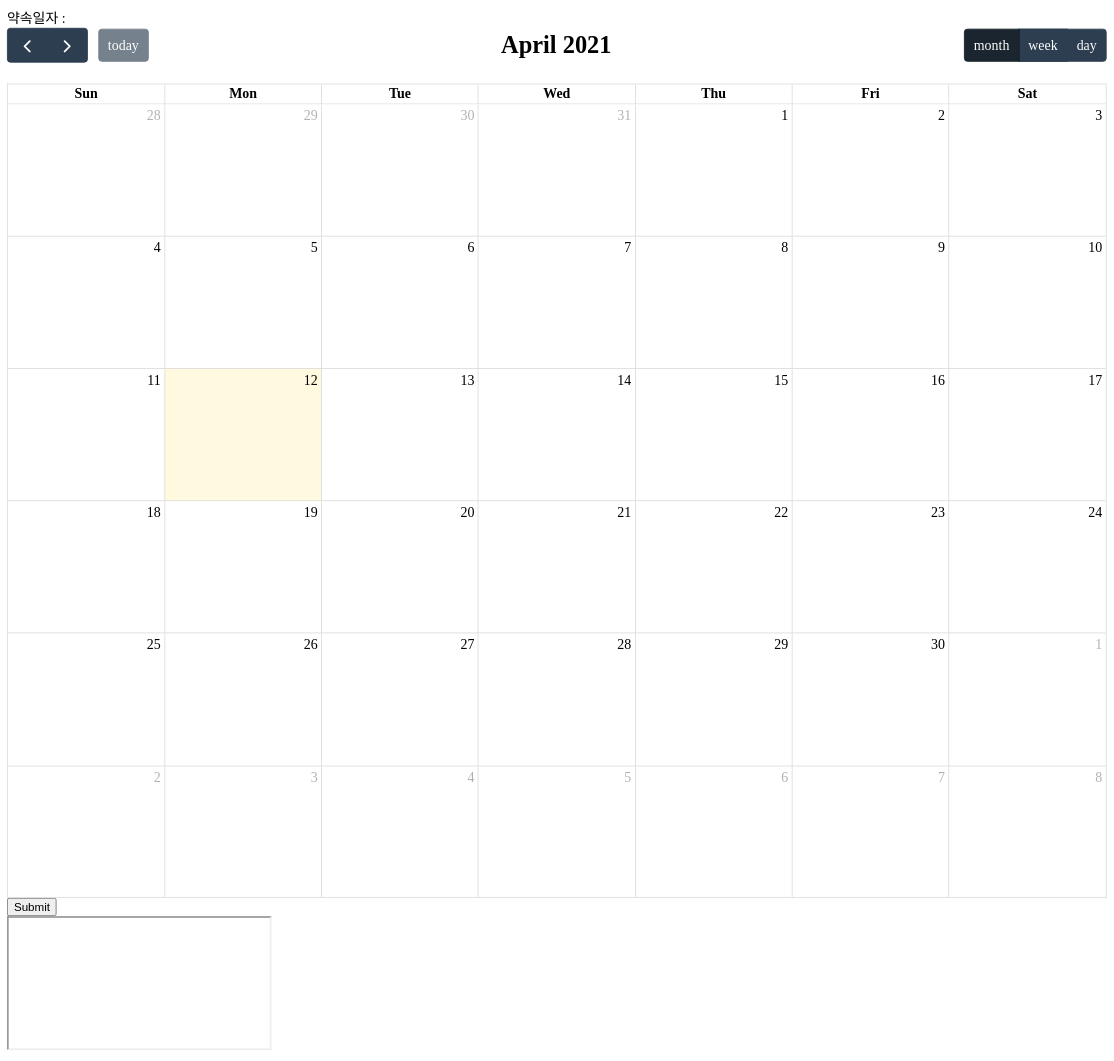
Repository: JeeYeon210304/1
Page: http://localhost/fullCalendarAPI/fullCalendar.jsp
An editor plug-in stored every save of this project. The page is shown before and after a run of saves, followed by the edit.
The browser window is 1280 px wide. The pictures show the whole page, at 87% of full size.
The page is served by Tomcat 9.

Above is the page before, as saved 2021-04-12 19:15:34.
Console error: SyntaxError: Function statements require a function name

After the next 2 saves:
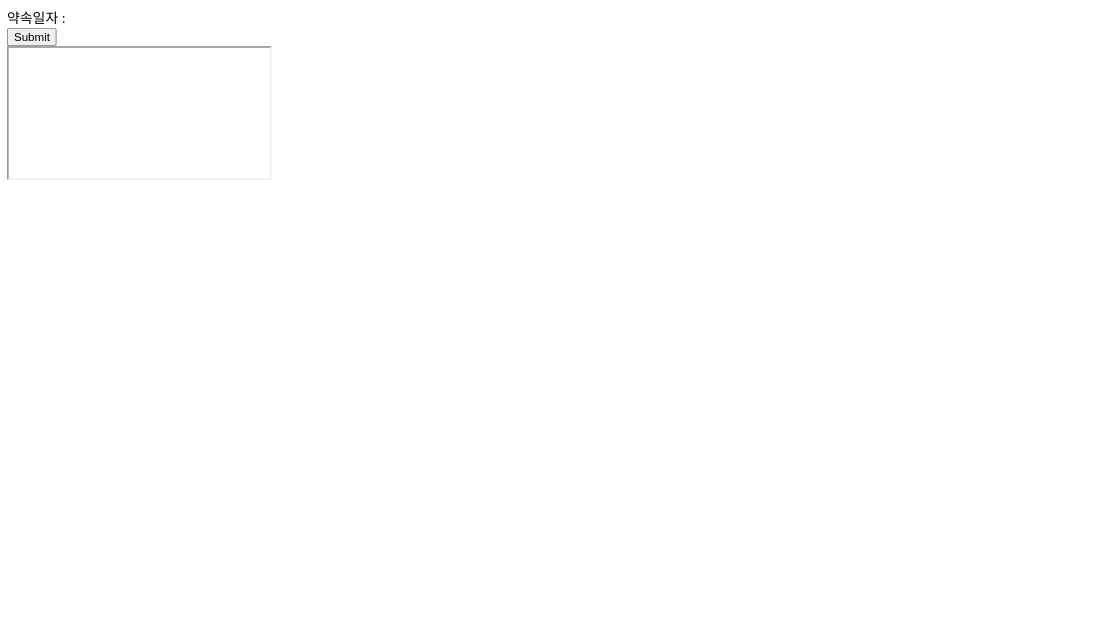
The 2 saves are shown as one change because they came seconds apart.
The last was saved 43 s later.
--- a/fullCalendarAPI/WebContent/fullCalendar.jsp
+++ b/fullCalendarAPI/WebContent/fullCalendar.jsp
@@ -23,10 +23,29 @@
 
 <iframe id="if" name="param"></iframe>
 
-<script type="text/javascript" src="/fullCalendarAPI/resources/JavaScript/fullCallendar.js"></script>
 <script src='/fullCalendarAPI/resources/API/fullcalendar-5.6.0/lib/main.js'></script>
 <script type="text/javascript">
+
+
 	function(){
+		document.addEventListener('DOMContentLoaded', function() {
+			var calendarEl = document.getElementById('calendar');
+			var calendar = new FullCalendar.Calendar(calendarEl, {
+				selectable: true,
+				headerToolbar: {
+					left: 'prev,next today',
+					center: 'title',
+					right: 'dayGridMonth,timeGridWeek,timeGridDay'
+				},
+				dateClick: function(info) {
+					var postMdate = document.getElementById('postMdate');
+					postMdate.innerHTML =  info.dateStr;
+					document.getElementsByName("postMdate")[0].value = info.dateStr;
+				}
+			});
+			calendar.render();
+		});
+
 		document.addEventListener('DOMContentLoaded', function() {
 			var selectDate = document.getElementByName('selectDate');
 			var calendarEl = document.getElementById('calendar');

After the 6 saves that followed:
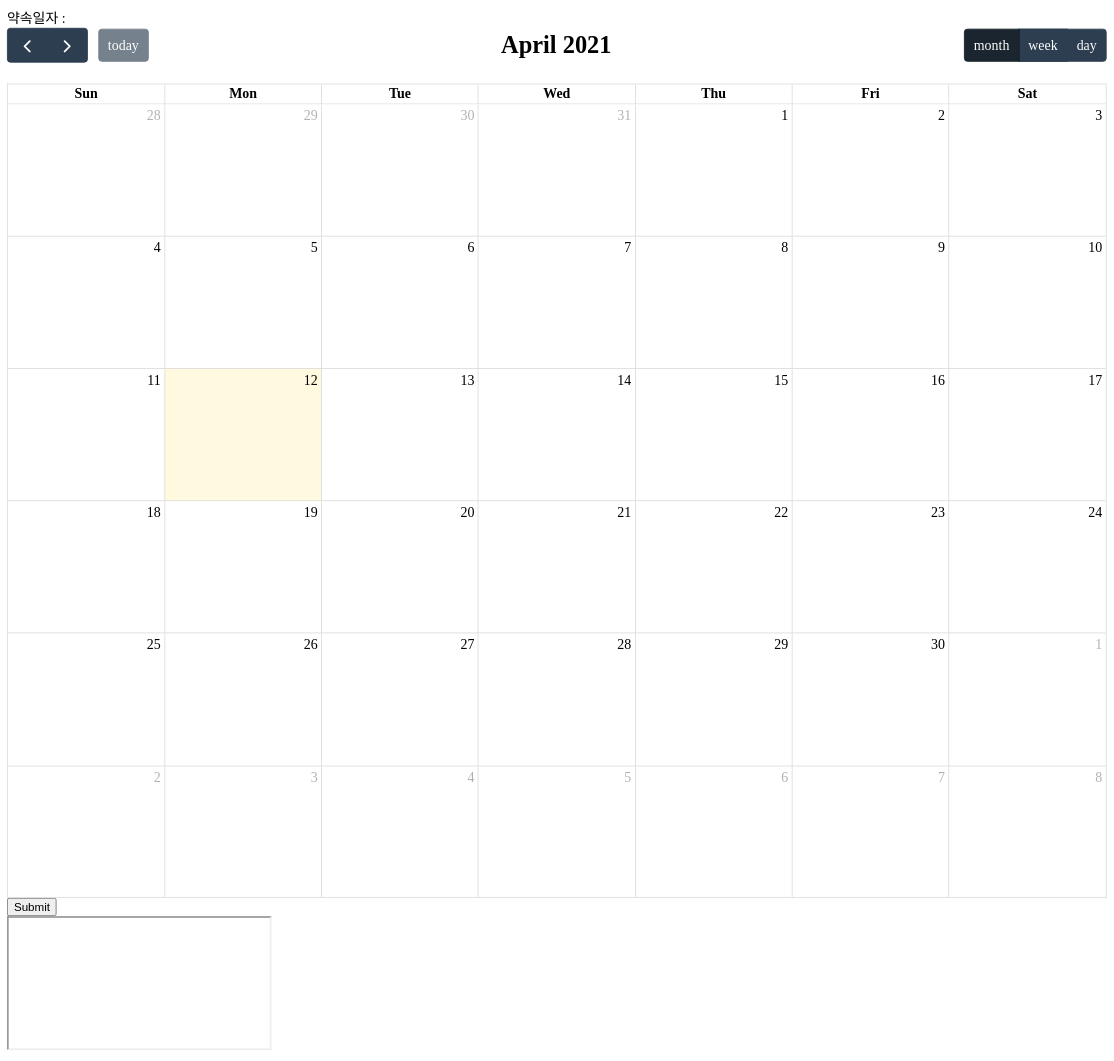
The 6 saves are shown as one change because 3 left the picture as it was and some came seconds apart.
The last was saved 107 s later.
--- a/fullCalendarAPI/WebContent/fullCalendar.jsp
+++ b/fullCalendarAPI/WebContent/fullCalendar.jsp
@@ -23,29 +23,10 @@
 
 <iframe id="if" name="param"></iframe>
 
+<script type="text/javascript" src="/fullCalendarAPI/resources/JavaScript/fullCallendar.js"></script>
 <script src='/fullCalendarAPI/resources/API/fullcalendar-5.6.0/lib/main.js'></script>
 <script type="text/javascript">
-
-
 	function(){
-		document.addEventListener('DOMContentLoaded', function() {
-			var calendarEl = document.getElementById('calendar');
-			var calendar = new FullCalendar.Calendar(calendarEl, {
-				selectable: true,
-				headerToolbar: {
-					left: 'prev,next today',
-					center: 'title',
-					right: 'dayGridMonth,timeGridWeek,timeGridDay'
-				},
-				dateClick: function(info) {
-					var postMdate = document.getElementById('postMdate');
-					postMdate.innerHTML =  info.dateStr;
-					document.getElementsByName("postMdate")[0].value = info.dateStr;
-				}
-			});
-			calendar.render();
-		});
-
 		document.addEventListener('DOMContentLoaded', function() {
 			var selectDate = document.getElementByName('selectDate');
 			var calendarEl = document.getElementById('calendar');
